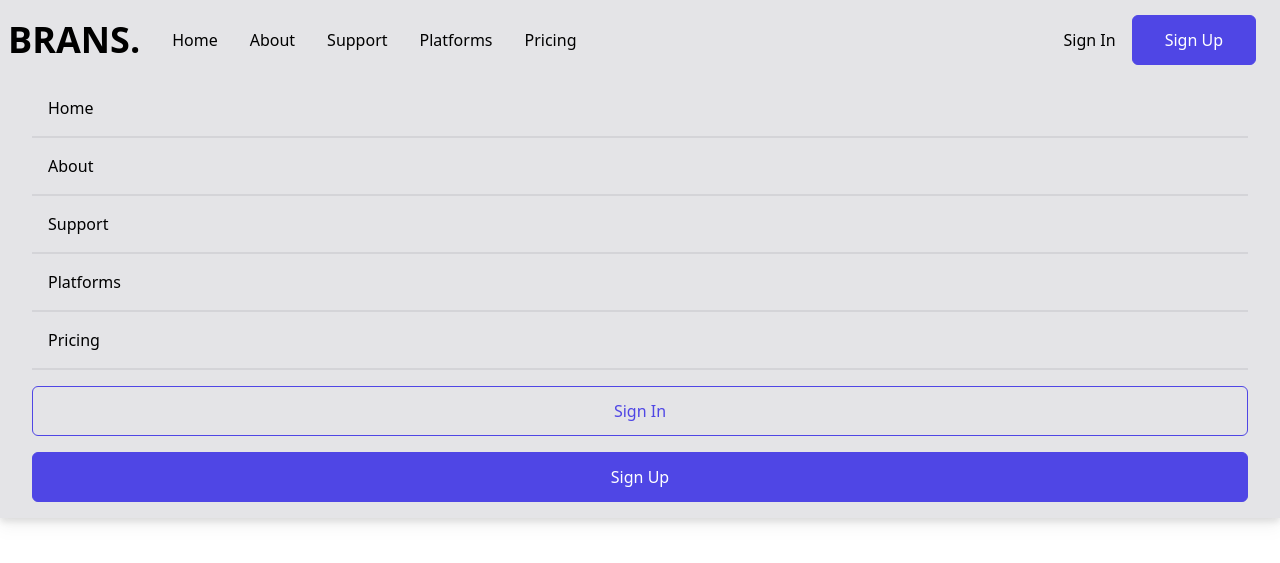
Repository: adrcstro/react-project-2
Page: /
These files come from the project's save history. The page is drawn as it stood at one moment and after the next save; the edit follows.
The browser window is 1280 px wide. The pictures show the whole page.
The project was rebuilt for these pictures with package versions that can differ from the ones it lists, and the page was loaded fresh each time.

Above is the page before, as saved 2024-08-15 07:44:43.

After the next save:
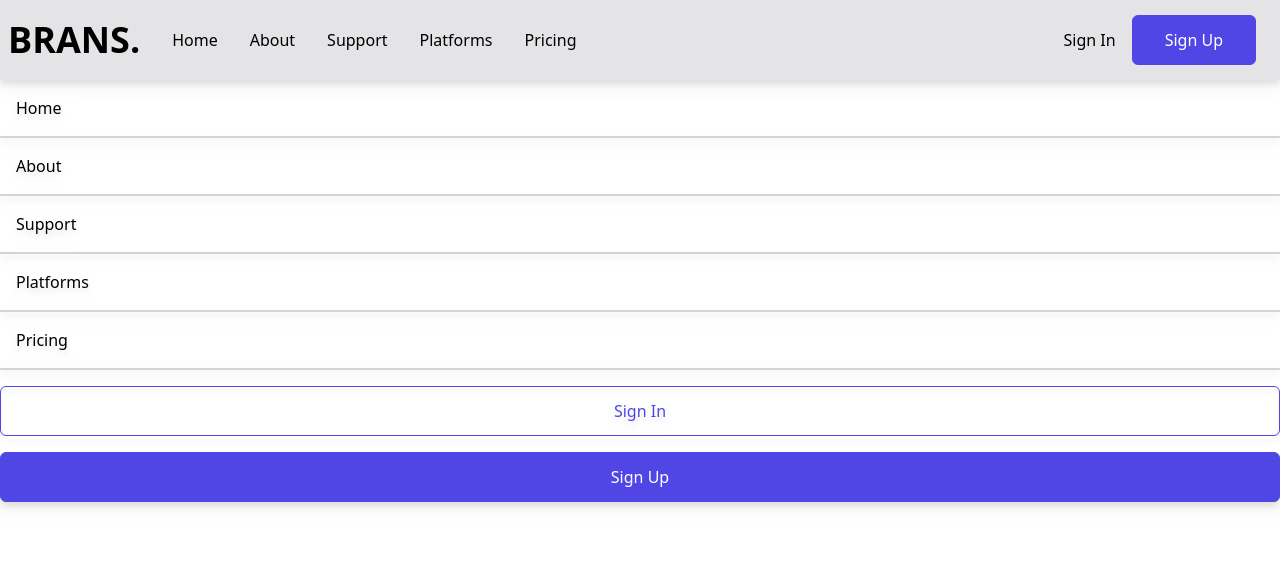
Saved 2 min 1 s later.
--- a/src/components/Navbar.jsx
+++ b/src/components/Navbar.jsx
@@ -31,7 +31,7 @@ const handleClick = () => setNav(!nav)
 
     </div>
     </div>
-<ul className='absolute bg-zinc-200 w-full px-8'>
+<ul className={!nav}>
 <li className='border-b-2 border-zinc-300 w-full'>Home</li>
 <li className='border-b-2 border-zinc-300 w-full'>About</li>
 <li className='border-b-2 border-zinc-300 w-full'>Support</li>
